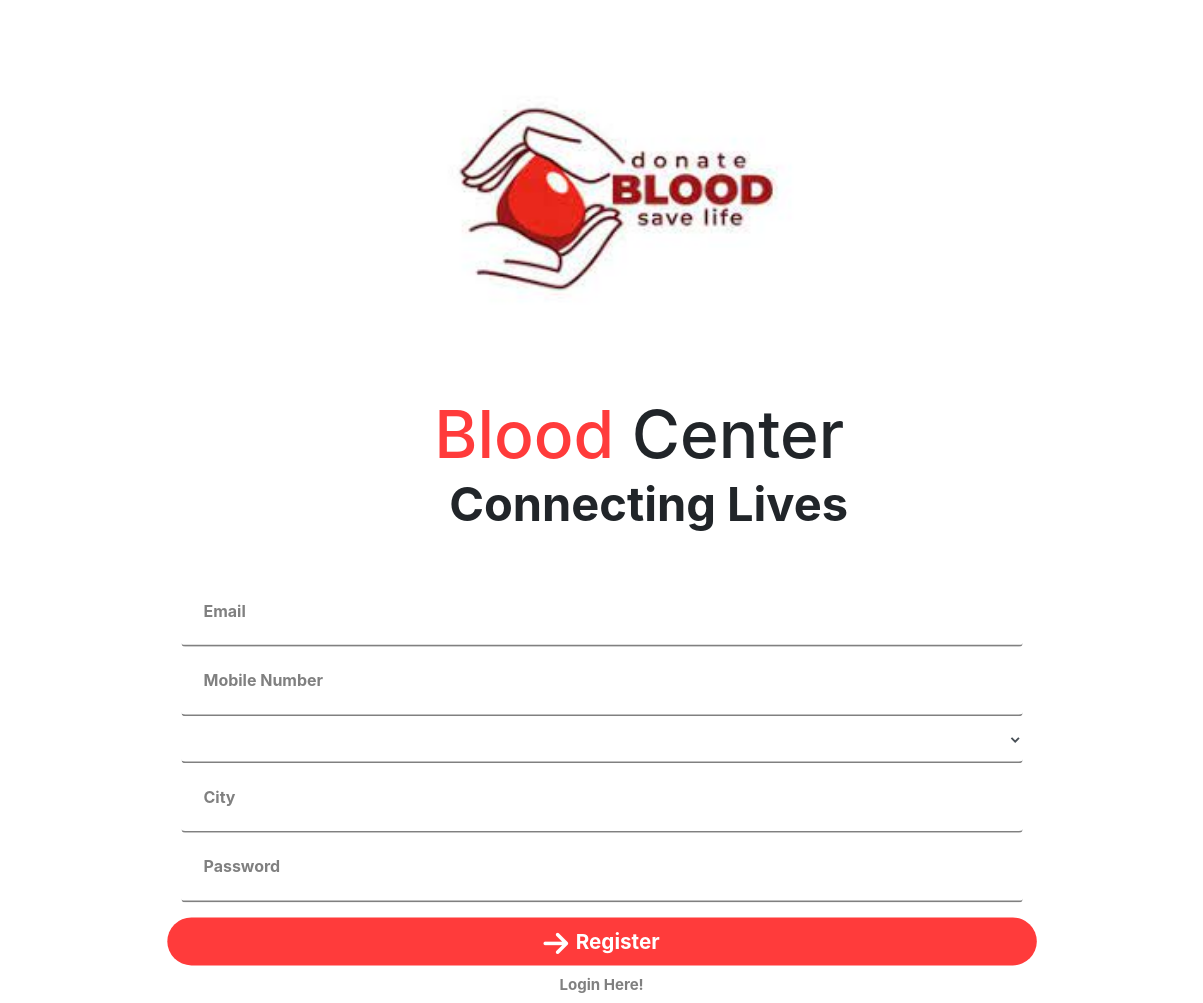
Repository: syedali042/jbds
Page: /Register
These files come from the project's save history. The page is drawn as it stood at one moment and after the next save; the edit follows.
The browser window is 1280 px wide. The pictures show the whole page, at 94% of full size.
Some web libraries are served in a nearby version. The project was rebuilt for these pictures with package versions that can differ from the ones it lists, and the page was loaded fresh each time. Also part of the build but not shown: src/components/Login.js, src/components/Header.js, src/components/About.js, src/components/Header2.js, src/components/Home.js, src/components/Header4.js, src/components/Request.js, src/components/Header3.js and 1 more.

Above is the page before, as saved 2021-11-09 20:55:01.

### public/index.html
<!DOCTYPE html>
<html lang="en">
  <head>
    <meta charset="utf-8" />
    <link rel="icon" href="%PUBLIC_URL%/favicon.ico" />
    <meta name="viewport" content="width=device-width, initial-scale=1" />
    <meta name="theme-color" content="#000000" />
    <meta
      name="description"
      content="Web site created using create-react-app"
    />
    <!--FontAwesome-->
    <script src="https://kit.fontawesome.com/f4576591a8.js" crossorigin="anonymous"></script>
    <!--FontAwesome ends-->
    <!--bootstrap-->
    <link rel="stylesheet" href="https://maxcdn.bootstrapcdn.com/bootstrap/4.0.0/css/bootstrap.min.css"
      integrity="sha384-Gn5384xqQ1aoWXA+058RXPxPg6fy4IWvTNh0E263XmFcJlSAwiGgFAW/dAiS6JXm" crossorigin="anonymous">
    <!--bootstrap ends-->
    <link rel="apple-touch-icon" href="%PUBLIC_URL%/logo192.png" />
    <!--
      manifest.json provides metadata used when your web app is installed on a
      user's mobile device or desktop. See https://developers.google.com/web/fundamentals/web-app-manifest/
    -->
    <link rel="manifest" href="%PUBLIC_URL%/manifest.json" />
    <!--
      Notice the use of %PUBLIC_URL% in the tags above.
      It will be replaced with the URL of the `public` folder during the build.
      Only files inside the `public` folder can be referenced from the HTML.

      Unlike "/favicon.ico" or "favicon.ico", "%PUBLIC_URL%/favicon.ico" will
      work correctly both with client-side routing and a non-root public URL.
      Learn how to configure a non-root public URL by running `npm run build`.
    -->
    <title>React App</title>
  </head>
  <body>
    <noscript>You need to enable JavaScript to run this app.</noscript>
    <div id="root"></div>
    <!--Jquery-->
    <script src="https://code.jquery.com/jquery-3.2.1.slim.min.js"
      integrity="sha384-KJ3o2DKtIkvYIK3UENzmM7KCkRr/rE9/Qpg6aAZGJwFDMVNA/GpGFF93hXpG5KkN" crossorigin="anonymous"></script>
    <script src="https://cdnjs.cloudflare.com/ajax/libs/popper.js/1.12.9/umd/popper.min.js"
      integrity="sha384-ApNbgh9B+Y1QKtv3Rn7W3mgPxhU9K/ScQsAP7hUibX39j7fakFPskvXusvfa0b4Q" crossorigin="anonymous"></script>
    <script src="https://maxcdn.bootstrapcdn.com/bootstrap/4.0.0/js/bootstrap.min.js"
      integrity="sha384-JZR6Spejh4U02d8jOt6vLEHfe/JQGiRRSQQxSfFWpi1MquVdAyjUar5+76PVCmYl" crossorigin="anonymous"></script>
    <!--Jquery ends-->
  </body>
</html>

### src/App.js
import './App.css';
import Login from './components/Login';
import About from './components/About';
import Register from './components/Register';
import Home from './components/Home';
import Request from './components/Request';
import Create from './components/Create';
import {
  BrowserRouter as Router,
  Switch,
  Route,
  Link
} from "react-router-dom";


function App() {
  return (
    <Router>
      <Switch>
        <Route path="/About">
          <About/>
        </Route>
        <Route path="/Login">
          <Login />
        </Route>
        <Route path="/Register">
          <Register />
        </Route>
        <Route path="/Create">
          <Create />
        </Route>
        <Route path="/Request">
          <Request />
        </Route>
        <Route path="/Home">
          <Home />
        </Route>
        <Route path="/">
          <Login />
        </Route>
      </Switch>
    </Router>
  );
}

export default App;

### src/App.css
*{
  margin: 0;
  padding: 0;
}
.con{
  font-size: 25px;
  font-weight: bold;
  position: relative;
  bottom: 35px;
  padding: 5px;
}
.em{
  border: none;
  border-bottom: 2px solid gray;
}
.pass{
  border: none;
  border-bottom: 2px solid gray;
}
.placehorder::placeholder {
  font-weight: bolder;
  color: gray;
  position: relative;
  /* left: 25px; */
  font-size: 17px;
}
.forgot{
  color: gray;
  font-weight: bolder;
}
.login{
  color: gray;
  font-weight: bolder;
}
.fa-portrait{
  font-size: 20px;
  position: relative;
  top: 30px;
  left: 5px;
  color: gray;
}
.fa-unlock-alt{
   font-size: 20px;
  position: relative;
  top: 30px;
  left: 5px;
  color: gray;
}
.sign{
  width: 230px;
  position: relative;
  font-size: 22px;
  border-radius: 30px;
  background-color: #FF3B3B;
  color: white;
  font-weight: bolder;
  border: none;
}
.fa-power-off{
  font-size: 20px;
  position: relative;

  color: white ;
}
.donor{
  width: 230px;
  position: relative;
  font-size: 22px;
  border-radius: 30px;
  background-color: #FF3B3B;
  color: white;
  font-weight: bolder;
  border: none;
  letter-spacing: o.1;
}
.fa-heartbeat{
   font-size: 20px;
  position: relative;

  color: white ;
}
@media screen and (max-width: 440px){

  .con{
  font-size: 20px;
  font-weight: bold;
  position: relative;
  bottom: 35px;
  padding: 5px;
}
.blood{
  font-size: 27px;
}
.formik{
  position: relative;
  bottom: 50px;
}
.pass{
  border: none;
  border-bottom: 2px solid gray;

}

.donor{
  width: 210px;
  position: relative;
  font-size: 22px;
  border-radius: 30px;
  background-color: #FF3B3B;
  color: white;
  font-weight: bolder;
  border: none;
  letter-spacing: o.1;
}
.sign{
  width: 210px;
  position: relative;
  font-size: 22px;
  border-radius: 30px;
  background-color: #FF3B3B;
  color: white;
  font-weight: bolder;
  border: none;
}

}
@media screen and (min-width: 768px){


  .img{
  position: relative;
  width: 400px;
  left: 40px;
}
  .con{
  font-size: 50px;
  font-weight: bold;
  position: relative;
  bottom: 35px;
  padding: 5px;
  left: 50px;
}
.blood{
  font-size: 70px;
  position: relative;
  left: 40px;
}

.name{
  border: none;
  border-bottom: 2px solid gray;
   margin-top: 10px;
  height: 70px;
}


.adress{
    border: none;
  border-bottom: 2px solid gray;
   margin-top: 10px;
  height: 70px;
}
input::placeholder {
  font-weight: bolder;
  color: gray;
  position: relative;
  /* left: 45px; */
  font-size: 30px;
}
.fa-portrait{
  font-size: 25px;
  position: relative;
  top: 37px;
  left: 5px;
  color: gray;
}
.fa-unlock-alt{
   font-size: 25px;
  position: relative;
  top: 35px;
  left: 5px;
  color: gray;
}
.fa-mobile-alt{
    font-size: 30px;
  position: relative;
  top: 55px;
  left: 5px;
  color: gray;
}
.fa-map-marker-alt{
   font-size: 30px;
  position: relative;
  top: 55px;
  left: 5px;
  color: gray;
}
.fa-disease{
 font-size: 30px;
  position: relative;
  top: 55px;
  left: 5px;
  color: gray;
}

.sign{
  width: 300px;
  position: relative;
  font-size: 22px;
  border-radius: 30px;
  background-color: #FF3B3B;
  color: white;
  font-weight: bolder;
  border: none;
}

.donor{
  width: 300px;
  position: relative;

  font-size: 22px;
  border-radius: 30px;
  background-color: #FF3B3B;
  color: white;
  font-weight: bolder;
  border: none;
  letter-spacing: o.1;
}

}
.header{
  background-color: #FF3B3B;
  padding: 3px;
}
.fa-chevron-left{
  color: white;
}
.profile{
  color: white;

}
.kelly{
  font-size: 23px;
  font-weight: bolder;
}
.girl{
  width: 70px;
  border-radius: 50px;
  margin-left: 50px;
  position: relative;
  bottom: 10px;
}
.r1{
  margin-top: 40px;
}

.name{
  border: none;
  border-bottom: 2px solid gray;
}
.num{
   border: none;
  border-bottom: 2px solid gray;
}
.adress{
    border: none;
  border-bottom: 2px solid gray;
}
.r2{
  background-color: rgb(247, 238, 238);
  border-radius: 15px;
  border: 1px solid transparent;
}
.update{

  position: relative;
  font-size: 22px;
  border-radius: 30px;
  background-color: #FF3B3B;
  color: white;
  font-weight: bolder;
  border: none;
}
.fa-mobile-alt{
   font-size: 20px;
  position: relative;
  top: 30px;
  left: 5px;
  color: gray;
}
.bloodGroup{
   border: none;
  border-bottom: 2px solid gray;
}
.fa-disease{
  font-size: 20px;
  position: relative;
  top: 30px;
  left: 5px;
  color: gray;
}
.city{
  border: none;
  border-bottom: 2px solid gray;
}
.fa-map-marker-alt{
  font-size: 20px;
  position: relative;
  top: 30px;
  left: 5px;
  color: gray;
}
.fa-arrow-right{
   font-size: 30px;
  position: relative;
 top: 5px;
  color:white;
}
.bodyOfHeader2{
   background-color: #FF3B3B;
   color: white;
}
.fa-search{
  position: relative;
  left: 90%;
  bottom: 30px;
  color: gray;
  font-size: 25px;
}
.groups{
 display: flex;
 margin-left: 5px;
}
.groups >div {
  background-color: #FF3B3B;
  width: 30px;
  margin: 7px;
  text-align: center;
  font-size: 20px;
  color: white;
  border-radius: 5px;
}
.HomeRow{
  border-bottom: 1px solid gray;
}
.sidebar{
  width: 60%;
  height: 100vh;
  position: absolute;
  background-color: #FF3B3B ;
  z-index: 1;
}
.create{
  color: white;
  margin-right: 30px;
}
.conReq{
  margin-top: 20px;
  background-color: rgb(216, 220, 230);
  border-radius: 5px;
}

### src/components/Register.js
import React from 'react';
import Header from './Header';
import { Formik } from 'formik';

function Register() {
    return (
        <div>
            <div className="container">
                <div className="d-flex align-items-center justify-content-center">
                    <div>
                        <img src="./images/download.jfif" alt="there is no image" className="img"/>
                        <h2 className="blood text-center"><span style={{color:'#FF3B3B'}}>Blood</span> Center</h2><br>
                        </br>
                        <h5 className="con text-center">Connecting Lives</h5>
                    </div>
                </div>
                <div className="container">
                    <div className="row">
                        <div className="col-1"></div>
                        <div className="col-10">

                            <div>

                                <Formik
                                    initialValues={{ email: '', password: '' }}
                                    validate={values => {
                                        const errors = {};
                                        if (!values.email) {
                                            errors.email = 'Required';
                                        } else if (
                                            !/^[A-Z0-9._%+-]+@[A-Z0-9.-]+\.[A-Z]{2,}$/i.test(values.email)
                                        ) {
                                            errors.email = 'Invalid email address';
                                        }
                                        return errors;
                                    }}
                                    onSubmit={(values, { setSubmitting }) => {
                                        setTimeout(() => {
                                            alert(JSON.stringify(values, null, 2));
                                            setSubmitting(false);
                                        }, 400);
                                    }}
                                >
                                    {({
                                        values,
                                        errors,
                                        touched,
                                        handleChange,
                                        handleBlur,
                                        handleSubmit,
                                        isSubmitting,
                                        /* and other goodies */
                                    }) => (
                                        <form onSubmit={handleSubmit} className="formik">
                                            {/* <i className="fas fa-portrait"></i> */}
                                            <input
                                                type="email" className="placehorder p-4 form-control em"
                                                name="email"
                                                onChange={handleChange}
                                                onBlur={handleBlur}
                                                value={values.email}
                                                placeholder="Email"

                                            />

                                            {errors.email && touched.email && errors.email}
                                            {/* <i className="fas fa-mobile-alt"></i> */}
                                            <input
                                                type="number" className="placehorder p-4 form-control num"
                                                name="number"
                                                onChange={handleChange}
                                                onBlur={handleBlur}
                                                value={values.number}
                                                placeholder="Mobile Number"
                                            />

                                            {errors.number && touched.number && errors.number}
                                            {/* <i className="fas fa-disease"></i> */}
                                            <select name="bloodGroup" className="placehorder p-4 form-control bloodGroup">
                                                <option value="volvo">&nbsp;&nbsp;&nbsp;&nbsp;&nbsp;&nbsp;
                                                A +ve</option>
                                                <option value="saab"></option>
                                                <option value="mercedes">Mercedes</option>
                                                <option value="audi">Audi</option>
                                            </select>

                                            {errors.bloodGroup && touched.bloodGroup && errors.bloodGroup}
                                            {/* <i className="fas fa-map-marker-alt"></i> */}
                                            <input
                                                type="text" className="placehorder p-4 form-control city"
                                                name="city"
                                                onChange={handleChange}
                                                onBlur={handleBlur}
                                                value={values.city}
                                                placeholder="City"
                                            />

                                            {errors.city && touched.city && errors.city}
                                            {/* <i className="fas fa-unlock-alt"></i> */}
                                            <input
                                                type="password" className="placehorder p-4 form-control pass"
                                                name="password"
                                                onChange={handleChange}
                                                onBlur={handleBlur}
                                                value={values.password}
                                                placeholder="Password"
                                            />

                                            {errors.password && touched.password && errors.password}
                                            <div className="row d-flex align-items-center justify-content-center">
                                                <button type="submit" disabled={isSubmitting} className="sign p-2 mt-3 w-100">
                                                    <i class="fas fa-arrow-right mr-2"></i>Register
                                                </button>
                                                <a href="#" className="login p-2">Login Here!</a>

                                            </div>

                                        </form>
                                    )}
                                </Formik>
                            </div>
                        </div>
                        <div className="col-1"></div>
                    </div>
                </div>
            </div>
        </div>
    )
}

export default Register

Loaded but not shown: src/index.js (common file); src/index.css (common file); src/reportWebVitals.js (common file)

After the next save:
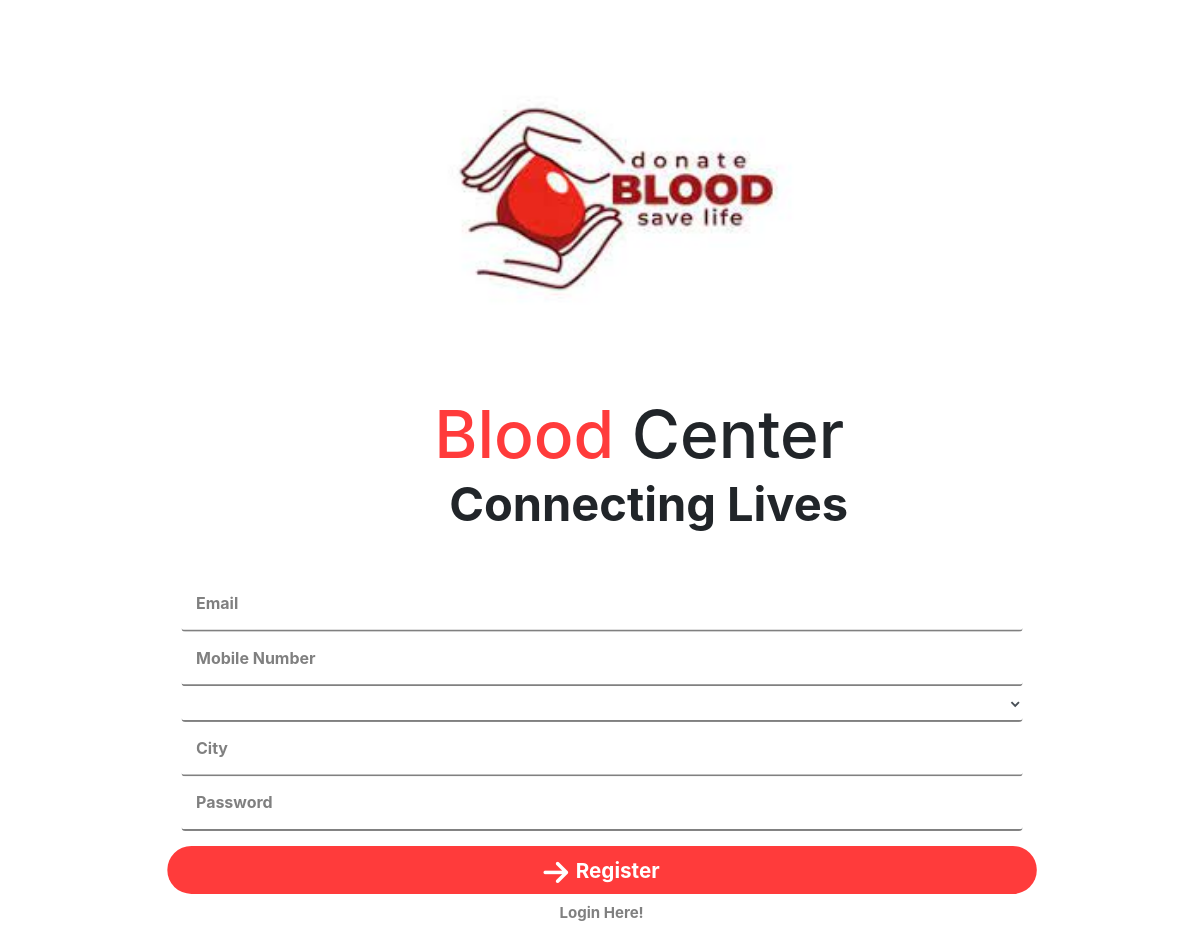
Saved 4 s later.
--- a/src/components/Register.js
+++ b/src/components/Register.js
@@ -54,7 +54,7 @@ function Register() {
                                         <form onSubmit={handleSubmit} className="formik">
                                             {/* <i className="fas fa-portrait"></i> */}
                                             <input
-                                                type="email" className="placehorder p-4 form-control em"
+                                                type="email" className="placehorder p-3 form-control em"
                                                 name="email"
                                                 onChange={handleChange}
                                                 onBlur={handleBlur}
@@ -66,7 +66,7 @@ function Register() {
                                             {errors.email && touched.email && errors.email}
                                             {/* <i className="fas fa-mobile-alt"></i> */}
                                             <input
-                                                type="number" className="placehorder p-4 form-control num"
+                                                type="number" className="placehorder p-3 form-control num"
                                                 name="number"
                                                 onChange={handleChange}
                                                 onBlur={handleBlur}
@@ -76,7 +76,7 @@ function Register() {
 
                                             {errors.number && touched.number && errors.number}
                                             {/* <i className="fas fa-disease"></i> */}
-                                            <select name="bloodGroup" className="placehorder p-4 form-control bloodGroup">
+                                            <select name="bloodGroup" className="placehorder p-3 form-control bloodGroup">
                                                 <option value="volvo">&nbsp;&nbsp;&nbsp;&nbsp;&nbsp;&nbsp;
                                                 A +ve</option>
                                                 <option value="saab"></option>
@@ -87,7 +87,7 @@ function Register() {
                                             {errors.bloodGroup && touched.bloodGroup && errors.bloodGroup}
                                             {/* <i className="fas fa-map-marker-alt"></i> */}
                                             <input
-                                                type="text" className="placehorder p-4 form-control city"
+                                                type="text" className="placehorder p-3 form-control city"
                                                 name="city"
                                                 onChange={handleChange}
                                                 onBlur={handleBlur}
@@ -98,7 +98,7 @@ function Register() {
                                             {errors.city && touched.city && errors.city}
                                             {/* <i className="fas fa-unlock-alt"></i> */}
                                             <input
-                                                type="password" className="placehorder p-4 form-control pass"
+                                                type="password" className="placehorder p-3 form-control pass"
                                                 name="password"
                                                 onChange={handleChange}
                                                 onBlur={handleBlur}
